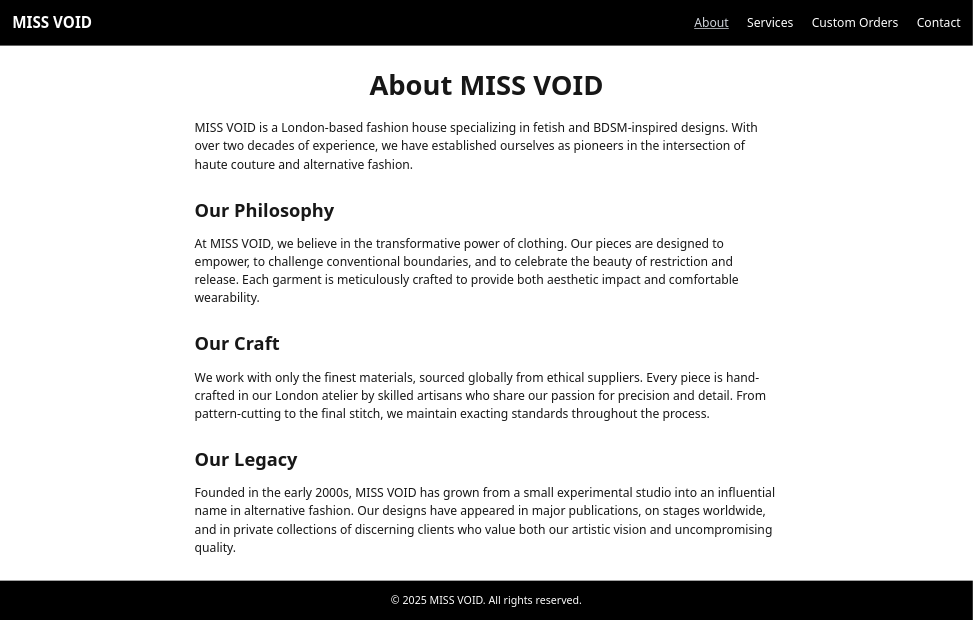
Repository: b0ase/missvoid2
Page: /about
These files come from the project's save history. The page is drawn as it stood at one moment and after the next save; the edit follows.
The browser window is 1280 px wide. The pictures show the whole page, at 76% of full size.
The project was rebuilt for these pictures with package versions that can differ from the ones it lists, and the page was loaded fresh each time. The framework's server and built-in components were replaced by stand-ins that run in the browser. Also part of the build but not shown: next.config.js.

Above is the page before, as saved 2025-04-11 12:45:03.

After the next save:
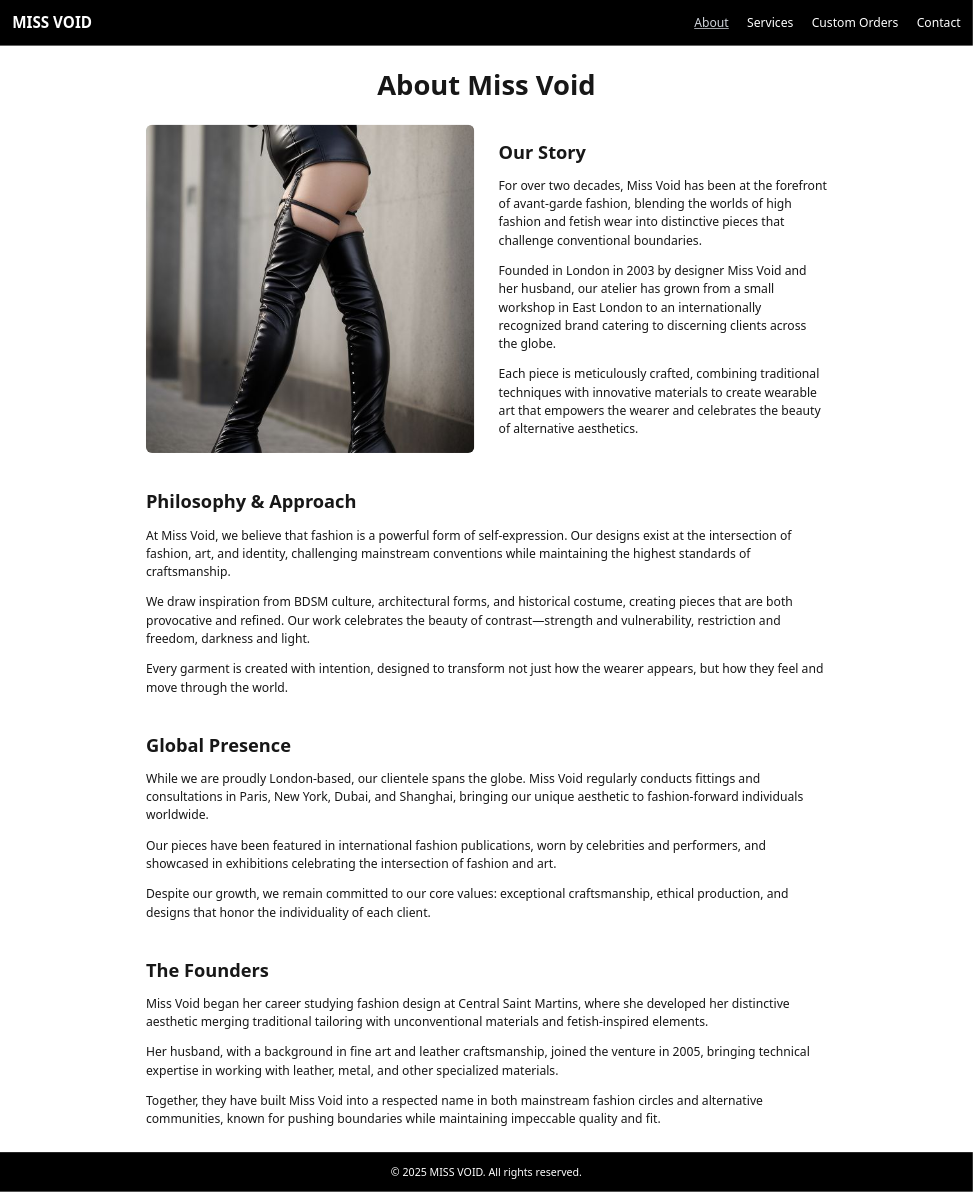
Saved 4 min 20 s later.
--- a/src/app/about/page.tsx
+++ b/src/app/about/page.tsx
@@ -1,43 +1,74 @@
 "use client";
 
 import Image from 'next/image';
-import Navigation from '../components/Navigation';
 
 export default function AboutPage() {
   return (
     <div className="container mx-auto px-4 py-8">
-      <h1 className="text-4xl font-bold mb-6 text-center">About MISS VOID</h1>
+      <h1 className="text-4xl font-bold mb-8 text-center">About Miss Void</h1>
 
-      <div className="max-w-3xl mx-auto prose prose-lg">
-        <p>
-          MISS VOID is a London-based fashion house specializing in fetish and BDSM-inspired designs.
-          With over two decades of experience, we have established ourselves as pioneers in the
-          intersection of haute couture and alternative fashion.
-        </p>
+      <div className="max-w-4xl mx-auto">
+        <div className="mb-12 flex flex-col md:flex-row gap-8 items-center">
+          <div className="md:w-1/2 relative aspect-square">
+            <Image
+              src="/images/miss-void/cover.jpg"
+              alt="Miss Void portrait"
+              fill
+              className="object-cover rounded-lg"
+            />
+          </div>
+          <div className="md:w-1/2">
+            <h2 className="text-2xl font-bold mb-4">Our Story</h2>
+            <p className="mb-4">
+              For over two decades, Miss Void has been at the forefront of avant-garde fashion, blending the worlds of high fashion and fetish wear into distinctive pieces that challenge conventional boundaries.
+            </p>
+            <p className="mb-4">
+              Founded in London in 2003 by designer Miss Void and her husband, our atelier has grown from a small workshop in East London to an internationally recognized brand catering to discerning clients across the globe.
+            </p>
+            <p>
+              Each piece is meticulously crafted, combining traditional techniques with innovative materials to create wearable art that empowers the wearer and celebrates the beauty of alternative aesthetics.
+            </p>
+          </div>
+        </div>
 
-        <h2 className="text-2xl font-semibold mt-8 mb-4">Our Philosophy</h2>
-        <p>
-          At MISS VOID, we believe in the transformative power of clothing. Our pieces are designed
-          to empower, to challenge conventional boundaries, and to celebrate the beauty of
-          restriction and release. Each garment is meticulously crafted to provide both aesthetic
-          impact and comfortable wearability.
-        </p>
+        <div className="mb-12">
+          <h2 className="text-2xl font-bold mb-4">Philosophy & Approach</h2>
+          <p className="mb-4">
+            At Miss Void, we believe that fashion is a powerful form of self-expression. Our designs exist at the intersection of fashion, art, and identity, challenging mainstream conventions while maintaining the highest standards of craftsmanship.
+          </p>
+          <p className="mb-4">
+            We draw inspiration from BDSM culture, architectural forms, and historical costume, creating pieces that are both provocative and refined. Our work celebrates the beauty of contrast—strength and vulnerability, restriction and freedom, darkness and light.
+          </p>
+          <p>
+            Every garment is created with intention, designed to transform not just how the wearer appears, but how they feel and move through the world.
+          </p>
+        </div>
 
-        <h2 className="text-2xl font-semibold mt-8 mb-4">Our Craft</h2>
-        <p>
-          We work with only the finest materials, sourced globally from ethical suppliers.
-          Every piece is hand-crafted in our London atelier by skilled artisans who share our
-          passion for precision and detail. From pattern-cutting to the final stitch, we maintain
-          exacting standards throughout the process.
-        </p>
+        <div className="mb-12">
+          <h2 className="text-2xl font-bold mb-4">Global Presence</h2>
+          <p className="mb-4">
+            While we are proudly London-based, our clientele spans the globe. Miss Void regularly conducts fittings and consultations in Paris, New York, Dubai, and Shanghai, bringing our unique aesthetic to fashion-forward individuals worldwide.
+          </p>
+          <p className="mb-4">
+            Our pieces have been featured in international fashion publications, worn by celebrities and performers, and showcased in exhibitions celebrating the intersection of fashion and art.
+          </p>
+          <p>
+            Despite our growth, we remain committed to our core values: exceptional craftsmanship, ethical production, and designs that honor the individuality of each client.
+          </p>
+        </div>
 
-        <h2 className="text-2xl font-semibold mt-8 mb-4">Our Legacy</h2>
-        <p>
-          Founded in the early 2000s, MISS VOID has grown from a small experimental studio into
-          an influential name in alternative fashion. Our designs have appeared in major publications,
-          on stages worldwide, and in private collections of discerning clients who value both
-          our artistic vision and uncompromising quality.
-        </p>
+        <div>
+          <h2 className="text-2xl font-bold mb-4">The Founders</h2>
+          <p className="mb-4">
+            Miss Void began her career studying fashion design at Central Saint Martins, where she developed her distinctive aesthetic merging traditional tailoring with unconventional materials and fetish-inspired elements.
+          </p>
+          <p className="mb-4">
+            Her husband, with a background in fine art and leather craftsmanship, joined the venture in 2005, bringing technical expertise in working with leather, metal, and other specialized materials.
+          </p>
+          <p>
+            Together, they have built Miss Void into a respected name in both mainstream fashion circles and alternative communities, known for pushing boundaries while maintaining impeccable quality and fit.
+          </p>
+        </div>
       </div>
     </div>
   );
